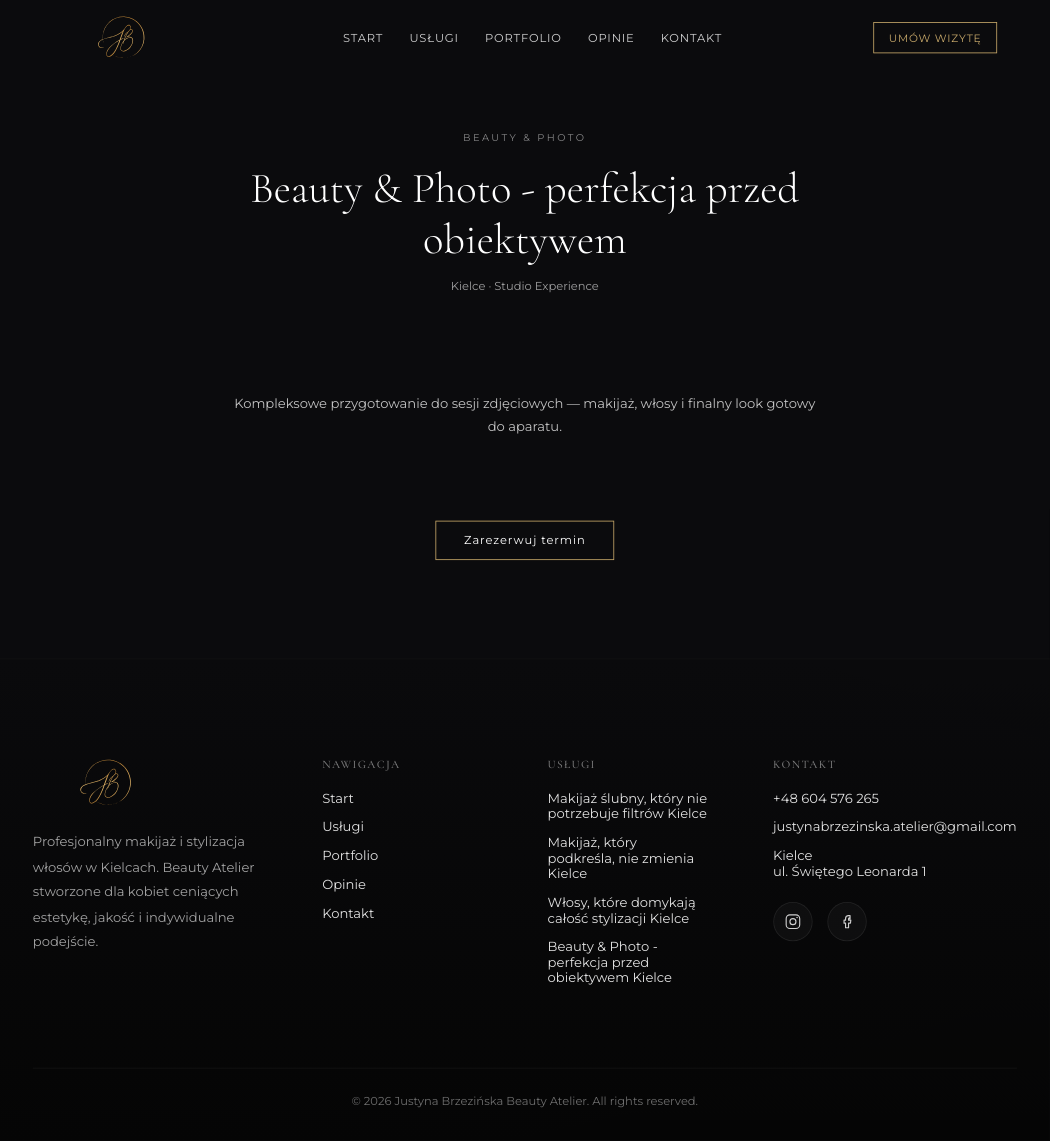
Repository: justynabrzezinskaatelier-bot/justynabrzezinska
Page: /uslugi/beauty-photo-kielce
An editor plug-in stored every save of this project. The page is shown before and after the next save, followed by the edit.
The browser window is 1280 px wide. The pictures show the whole page, at 82% of full size.
The project was rebuilt for these pictures with package versions that can differ from the ones it lists, and the page was loaded fresh each time. The framework's server and built-in components were replaced by stand-ins that run in the browser. Also part of the build but not shown: next.config.ts.

Above is the page before, as saved 2026-05-09 19:30:52.

### src/app/layout.tsx
import type { Metadata, Viewport } from "next";
import { Cormorant_Garamond, Montserrat } from "next/font/google";
import Navbar from "@/components/Navbar/Navbar";
import Footer from "@/components/Footer/Footer";

import "@/styles/globals.css";

const cormorant = Cormorant_Garamond({
  subsets: ["latin"],
  variable: "--font-heading",
});

const montserrat = Montserrat({
  subsets: ["latin"],
  variable: "--font-body",
});

export const metadata: Metadata = {
  title: "Justyna Brzezińska Beauty Atelier",
  description:
    "Makijaż i stylizacja włosów w Kielcach. Makeup & Hair Studio.",

  icons: {
    icon: [
      {
        url: "/favicon.ico",
      },
      {
        url: "/favicon.svg",
        type: "image/svg+xml",
      },
      {
        url: "/favicon-96x96.png",
        sizes: "96x96",
        type: "image/png",
      },
    ],

    apple: "/apple-touch-icon.png",

    shortcut: "/favicon.ico",
  },

  manifest: "/site.webmanifest",

  appleWebApp: {
    title: "JB Atelier",
  },
};

export const viewport: Viewport = {
  themeColor: "#0a0a0a",
};

export default function RootLayout({
  children,
}: Readonly<{
  children: React.ReactNode;
}>) {
  return (
    <html lang="pl" data-scroll-behavior="smooth">
      <body className={`${cormorant.variable} ${montserrat.variable}`}>
        <Navbar />
        {children}
        <Footer />
      </body>
    </html>
  );
}

### src/app/uslugi/[slug]/page.tsx
import { notFound } from "next/navigation";
import { services } from "@/lib/services";
import styles from "@/styles/Service.module.css";

type Props = {
    params: { slug: string };
};

export async function generateMetadata({ params }: Props) {
    const service = services.find(s => s.slug === params.slug);

    if (!service) return {};

    return {
        title: service.seoTitle,
        description: service.seoDescription,
    };
}

export default async function ServicePage({ params }: { params: Promise<{ slug: string }> }) {
    const { slug } = await params;

    const service = services.find(s => s.slug === slug);

    if (!service) return notFound();

    return (
        < main className={styles.page} >

            {/* HERO */}
            < section className={styles.hero} >
                <p className={styles.label}>{service.label}</p>

                <h1 className={styles.title}>
                    {service.title}
                </h1>

                <p className={styles.subtitle}>
                    {service.subtitle}
                </p>
            </ section >

            {/* CONTENT */}
            <section className={styles.section} >
                <p>{service.description}</p>
            </section >

            {/* CTA */}
            <section className={styles.ctaSection} >
                <a href="/kontakt" className={styles.cta}>
                    Zarezerwuj termin
                </a>
            </section >

        </main >
    );
}

### src/components/Footer/Footer.tsx
import styles from "./Footer.module.css";
import Link from "next/link";
import Image from "next/image";
import { services } from "@/lib/services";


export default function Footer() {
    return (
        <footer className={styles.footer}>

            <div className={styles.top}>

                {/* BRAND */}
                <div className={styles.brand}>
                    <Image
                        src="/JB-logo.svg"
                        alt="Justyna Brzezińska Beauty Atelier"
                        width={180}
                        height={60}
                    />

                    <p>
                        Profesjonalny makijaż i stylizacja włosów
                        w Kielcach. Beauty Atelier stworzone dla kobiet
                        ceniących estetykę, jakość i indywidualne podejście.
                    </p>
                </div>

                {/* NAVIGATION */}
                <div className={styles.column}>
                    <h3>Nawigacja</h3>

                    <nav>
                        <Link href="/">Start</Link>
                        <Link href="/uslugi">Usługi</Link>
                        <Link href="/portfolio">Portfolio</Link>
                        <Link href="/opinie">Opinie</Link>
                        <Link href="/kontakt">Kontakt</Link>
                    </nav>
                </div>

                {/* SERVICES */}


                <div className={styles.column}>
                    <h3>Usługi</h3>

                    <div className={styles.links}>
                        {services.map((service) => (
                            <Link
                                key={service.slug}
                                href={`/uslugi/${service.slug}`}
                            >
                                {service.title} Kielce
                            </Link>
                        ))}
                    </div>
                </div>

                {/* CONTACT */}
                <div className={styles.column}>
                    <h3>Kontakt</h3>

                    <div className={styles.contact}>
                        <a href="tel:+48604576265">
                            +48 604 576 265
                        </a>

                        <a href="mailto:justynabrzezinska.atelier@gmail.com">
                            justynabrzezinska.atelier@gmail.com
                        </a>

                        <p>
                            Kielce
                            <br />
                            ul. Świętego Leonarda 1
                        </p>
                    </div>

                    {/* SOCIALS */}
                    <div className={styles.socials}>

                        <a
                            href="https://www.instagram.com/justynabrzezinska.makeup.hair/"
                            target="_blank"
                            rel="noopener noreferrer"
                            aria-label="Instagram"
                        >
                            <InstagramIcon />
                        </a>

                        <a
                            href="https://www.facebook.com/justmakeup.kielce/"
                            target="_blank"
                            rel="noopener noreferrer"
                            aria-label="Facebook"
                        >
                            <FacebookIcon />
                        </a>

                    </div>
                </div>
            </div>

            {/* BOTTOM */}
            <div className={styles.bottom}>
                <p>
                    © {new Date().getFullYear()} Justyna Brzezińska Beauty Atelier.
                    All rights reserved.
                </p>
            </div>
        </footer>
    );
}

function InstagramIcon() {
    return (
        <svg width="22" height="22" viewBox="0 0 24 24" fill="none">
            <rect
                x="3"
                y="3"
                width="18"
                height="18"
                rx="5"
                stroke="currentColor"
                strokeWidth="1.5"
            />
            <circle
                cx="12"
                cy="12"
                r="4"
                stroke="currentColor"
                strokeWidth="1.5"
            />
            <circle
                cx="17.5"
                cy="6.5"
                r="1"
                fill="currentColor"
            />
        </svg>
    );
}

function FacebookIcon() {
    return (
        <svg width="22" height="22" viewBox="0 0 24 24" fill="none">
            <path
                d="M14 8h2V4h-2c-2.2 0-4 1.8-4 4v2H8v4h2v6h4v-6h2.5l.5-4H14V8c0-.6.4-1 1-1z"
                stroke="currentColor"
                strokeWidth="1.5"
                strokeLinejoin="round"
            />
        </svg>
    );
}

### src/styles/globals.css
* {
  margin: 0;
  padding: 0;
  box-sizing: border-box;
}

:root {
  --background: #0a0a0a;
  --text: #f5f5f5;

  --gold: #c6a769;
  --gold-light: #e2c78f;

  --pink: #d8b4b4;

  --container: 1280px;

  --font-heading: serif;
  --font-body: sans-serif;
}

html {
  scroll-behavior: smooth;
}

body {
  background: var(--background);
  color: var(--text);
  font-family: var(--font-body);
}

h1,
h2,
h3,
h4 {
  font-family: var(--font-heading);
  font-weight: 500;
  line-height: 1.1;
}

img {
  max-width: 100%;
  display: block;
}

button,
input,
textarea {
  font: inherit;
}

a {
  color: inherit;
  text-decoration: none;
}

.container {
  width: 100%;
  max-width: var(--container);
  margin: 0 auto;
  padding: 0 24px;
}

### src/lib/services.ts
export type Service = {
    slug: string;
    title: string;
    subtitle: string;
    label: string;
    description: string;
    seoTitle: string;
    seoDescription: string;
};

export const services: Service[] = [
    {
        slug: "makijaz-slubny-kielce",
        title: "Makijaż ślubny, który nie potrzebuje filtrów",
        subtitle: "Kielce · Beauty Atelier",
        label: "Bridal Experience",
        description:
            "Dla kobiet, które chcą wyglądać sobą — tylko w najlepszej wersji.",
        seoTitle: "Makijaż ślubny Kielce | Beauty Atelier",
        seoDescription:
            "Ekskluzywny makijaż ślubny w Kielcach. Naturalny, trwały i dopasowany do Ciebie."
    },
    {
        slug: "makijaz-okolicznosciowy-kielce",
        title: "Makijaż, który podkreśla, nie zmienia",
        subtitle: "Elegancja w najczystszej formie",
        label: "Occasion Makeup",
        description:
            "Profesjonalny makijaż na eventy, gale i sesje zdjęciowe - dopasowany do Twojej urody i stylu.",
        seoTitle: "Makijaż okolicznościowy Kielce | Beauty Atelier",
        seoDescription:
            "Profesjonalny makijaż okolicznościowy w Kielcach. Naturalny, elegancki i trwały."
    },
    {
        slug: "stylizacja-wlosow-kielce",
        title: "Włosy, które domykają całość stylizacji",
        subtitle: "Hair Styling · Kielce",
        label: "Hair Style",
        description:
            "Nowoczesne fryzury dopasowane do makijażu i charakteru stylizacji — od soft waves po eleganckie upięcia.",
        seoTitle: "Stylizacja włosów Kielce | Beauty Atelier",
        seoDescription:
            "Profesjonalna stylizacja włosów w Kielcach. Fryzury ślubne i okolicznościowe."
    },
    {
        slug: "beauty-photo-kielce",
        title: "Beauty & Photo - perfekcja przed obiektywem",
        subtitle: "Kielce · Studio Experience",
        label: "Beauty & Photo",
        description:
            "Kompleksowe przygotowanie do sesji zdjęciowych — makijaż, włosy i finalny look gotowy do aparatu.",
        seoTitle: "Beauty & Photo Kielce | Makijaż do sesji zdjęciowych",
        seoDescription:
            "Profesjonalne przygotowanie beauty do sesji zdjęciowych w Kielcach."
    }
];

### src/styles/Service.module.css
.page {
    background: #0b0b0d;
    color: #fff;
    padding: 160px 24px 120px;
}

/* HERO */
.hero {
    max-width: 900px;
    margin: 0 auto 120px;
    text-align: center;
}

.label {
    font-size: 12px;
    letter-spacing: 0.25em;
    text-transform: uppercase;
    opacity: 0.5;
}

.title {
    font-size: 52px;
    font-weight: 300;
    margin-top: 24px;
    line-height: 1.2;
}

.subtitle {
    margin-top: 16px;
    font-size: 14px;
    opacity: 0.6;
}

/* CONTENT */
.section {
    max-width: 720px;
    margin: 0 auto 90px;
    text-align: center;
}

.section p {
    font-size: 16px;
    line-height: 1.8;
    opacity: 0.75;
}

/* CTA */
.ctaSection {
    display: flex;
    justify-content: center;
    margin-top: 100px;
}

.cta {
    padding: 14px 34px;
    border: 1px solid var(--gold);
    text-decoration: none;
    color: #fff;
    font-size: 14px;
    letter-spacing: 0.08em;
    transition: 0.3s ease;
}

.cta:hover {
    background: var(--gold);
    color: #0b0b0d;
}

/* MOBILE */
@media (max-width: 768px) {
    .title {
        font-size: 34px;
    }

    .page {
        padding: 120px 18px 80px;
    }
}

### src/components/Navbar/Navbar.module.css
.header {
    position: fixed;
    top: 0;
    width: 100%;
    z-index: 100;
    transition: all 0.3s ease;
}

.scrolled {
    background: rgba(11, 11, 13, 0.6);
    backdrop-filter: blur(12px);
    border-bottom: 1px solid rgba(200, 169, 106, 0.15);
}

.inner {
    max-width: 1200px;
    margin: 0 auto;
    padding: 18px 24px;
    display: flex;
    align-items: center;
    justify-content: space-between;
}

/* LOGO */
.logo {
    display: flex;
    align-items: center;
}

/* NAV */
.nav {
    display: flex;
    gap: 32px;
}

.nav a {
    color: #fff;
    font-size: 14px;
    letter-spacing: 1px;
    text-transform: uppercase;
    opacity: 0.8;
    transition: 0.3s;
}

.nav a:hover {
    opacity: 1;
    color: #c8a96a;
}

/* CTA */
.cta {
    padding: 10px 18px;
    border: 1px solid #c8a96a;
    color: #c8a96a;
    font-size: 13px;
    text-transform: uppercase;
    letter-spacing: 1px;
    transition: 0.3s;
}

.cta:hover {
    background: #c8a96a;
    color: #0b0b0d;
}

/* BURGER */
.burger {
    display: none;
    flex-direction: column;
    gap: 5px;
    background: none;
    border: none;
}

.burger span {
    width: 24px;
    height: 2px;
    background: white;
    transition: 0.3s;
}

/* OVERLAY */
.overlay {
    position: fixed;
    inset: 0;
    background: rgba(0, 0, 0, 0.6);
    backdrop-filter: blur(8px);
    z-index: 90;
}

/* MOBILE MENU */
.mobileMenu {
    position: fixed;
    inset: 0;
    width: 100vw;
    height: 100vh;
    background: rgba(11, 11, 13, 0.98);
    backdrop-filter: blur(18px);
    z-index: 1000;

    display: flex;
    justify-content: center;
    align-items: center;

    opacity: 0;
    pointer-events: none;
    transition: opacity 0.4s ease;
}

/* OPEN STATE */
.open {
    opacity: 1;
    pointer-events: all;
}

.mobileContent {
    display: flex;
    flex-direction: column;
    align-items: center;
    text-align: center;
    gap: 40px;

    transform: scale(0.98);
    animation: fadeIn 0.5s ease forwards;
}

/* LOGO */
.mobileLogo {
    margin-bottom: 10px;
}

/* NAV LINKS - LUXURY TYPOGRAPHY */
.mobileNav {
    display: flex;
    flex-direction: column;
    gap: 22px;
}

.mobileNav a {
    font-size: 22px;
    letter-spacing: 2px;
    text-transform: uppercase;
    color: #ffffff;
    opacity: 0.75;
    transition: 0.3s;
}

.mobileNav a:hover {
    opacity: 1;
    color: #c8a96a;
}

/* CTA */
.mobileCTA {
    margin-top: 20px;
    padding: 14px 28px;
    border: 1px solid #c8a96a;
    color: #c8a96a;
    text-transform: uppercase;
    letter-spacing: 2px;
    font-size: 13px;
    transition: 0.3s;
}

.mobileCTA:hover {
    background: #c8a96a;
    color: #0b0b0d;
}

/* CLOSE BUTTON */
.close {
    position: absolute;
    top: 24px;
    right: 24px;
    font-size: 36px;
    background: none;
    border: none;
    color: white;
    opacity: 0.6;
    transition: 0.3s;
}

.close:hover {
    opacity: 1;
}

/* ANIMATION */
@keyframes fadeIn {
    from {
        opacity: 0;
        transform: scale(0.96);
    }

    to {
        opacity: 1;
        transform: scale(1);
    }
}

/* RESPONSIVE */
@media (max-width: 900px) {

    .nav,
    .cta {
        display: none;
    }

    .burger {
        display: flex;
    }
}

### src/components/Footer/Footer.module.css
.footer {
    position: relative;

    padding:
        120px 40px 40px;

    background:
        linear-gradient(to bottom,
            #0a0a0c,
            #050505);

    border-top:
        1px solid rgba(255, 255, 255, 0.06);
}

.top {
    max-width: 1400px;
    margin: 0 auto;

    display: grid;
    grid-template-columns:
        1.4fr 1fr 1fr 1fr;

    gap: 80px;
}

.brand p {
    margin-top: 28px;

    color:
        rgba(255, 255, 255, 0.62);

    line-height: 1.9;

    max-width: 340px;
}

.column h3 {
    margin-bottom: 24px;

    font-size: 14px;
    font-weight: 500;
    letter-spacing: 0.12em;
    text-transform: uppercase;

    color:
        rgba(255, 255, 255, 0.45);
}

.column nav,
.links,
.contact {
    display: flex;
    flex-direction: column;
    gap: 16px;
}

.column a,
.contact p {
    color:
        rgba(255, 255, 255, 0.88);

    text-decoration: none;

    transition: 0.3s ease;
}

.column a:hover {
    color: white;
}

.socials {
    display: flex;
    gap: 18px;

    margin-top: 28px;
}

.socials a {
    width: 48px;
    height: 48px;

    display: flex;
    align-items: center;
    justify-content: center;

    border-radius: 50%;

    border:
        1px solid rgba(255, 255, 255, 0.08);

    background:
        rgba(255, 255, 255, 0.03);

    color:
        rgba(255, 255, 255, 0.8);

    transition:
        transform 0.3s ease,
        background 0.3s ease,
        border-color 0.3s ease;
}

.socials a:hover {
    transform: translateY(-3px);

    background:
        rgba(255, 255, 255, 0.08);

    border-color:
        rgba(255, 255, 255, 0.15);

    color: white;
}

.bottom {
    margin-top: 100px;
    padding-top: 30px;

    border-top:
        1px solid rgba(255, 255, 255, 0.06);

    text-align: center;
}

.bottom p {
    color:
        rgba(255, 255, 255, 0.42);

    font-size: 14px;
}

@media (max-width: 1000px) {

    .top {
        grid-template-columns: 1fr;
        gap: 60px;
    }

    .footer {
        display: flex;
        flex-direction: column;
        align-items: center;
        justify-content: center;
        align-items: center;
        text-align: center;
        padding:
            90px 24px 32px;
    }

    .brand {
        display: flex;
        flex-direction: column;
        align-items: center;
    }

    .socials {
        justify-content: center;
    }

    .bottom {
        margin-top: 60px;
    }
}

Loaded but not shown: src/components/Navbar/Navbar.tsx (185 lines, source omitted)

After the next save:
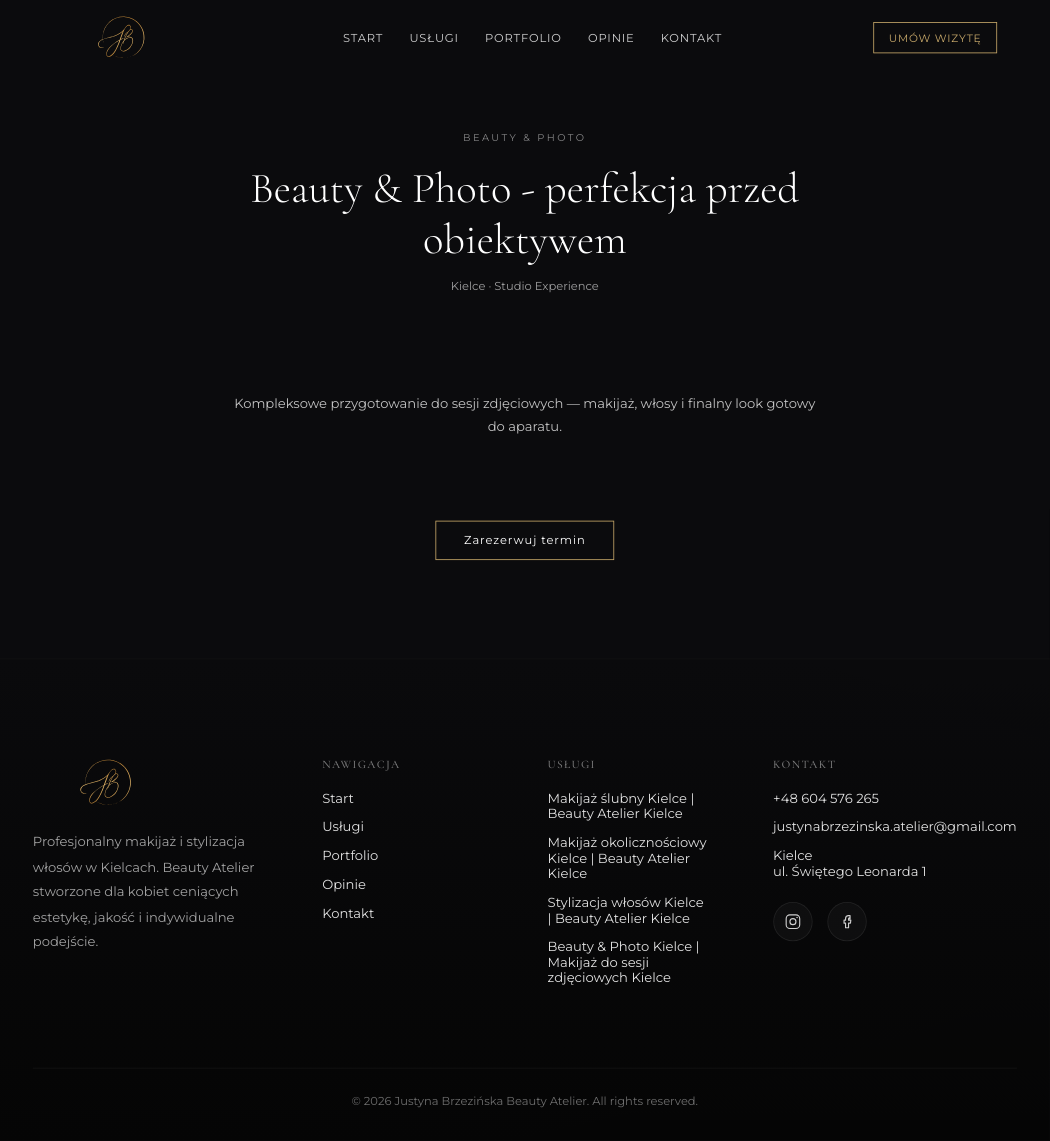
Saved 3 min 15 s later.
--- a/src/components/Footer/Footer.tsx
+++ b/src/components/Footer/Footer.tsx
@@ -51,7 +51,7 @@
                                 key={service.slug}
                                 href={`/uslugi/${service.slug}`}
                             >
-                                {service.title} Kielce
+                                {service.seoTitle} Kielce
                             </Link>
                         ))}
                     </div>
